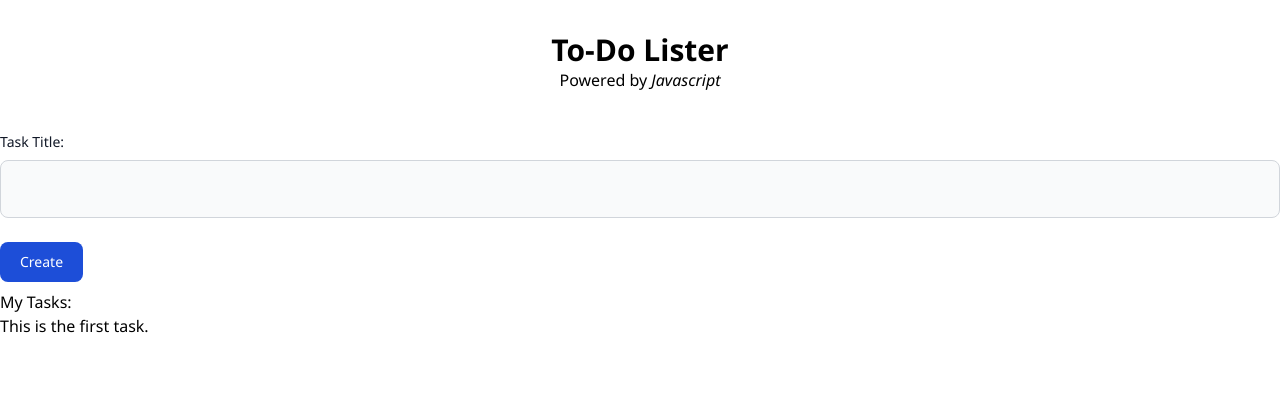
Repository: vxyux/to-do-lister
Page: index.html
An editor plug-in stored every save of this project. The page is shown before and after a run of saves, followed by the edit.
The browser window is 1280 px wide. The pictures show the whole page.
Some web libraries are served in a nearby version.

Above is the page before, as saved 2023-09-04 15:33:41.

### index.html
<!DOCTYPE html>
<html lang="en">
<head>
  <meta charset="UTF-8">
  <meta name="viewport" content="width=device-width, initial-scale=1.0">
  <title>Javascript To-Do Lister</title>
  <link rel="stylesheet" href="stylesheet.css">
  <script src="app.js"></script>
  <script src="https://cdn.tailwindcss.com"></script>
</head>
<body>

  <div class="container mx-auto">
    <div class="text-center mt-8">
      <h1 class="text-3xl font-bold">
        To-Do Lister
      </h1>
      <p>Powered by <i>Javascript</i></p>
    </div>

    <div class="inputFields mt-10">

      <div class="mb-6">
        <label for="userInput" class="block mb-2 text-sm font-medium text-gray-900 dark:text-white">
          Task Title:
        </label>
        <input type="text" id="userInput" class="block w-full p-4 text-gray-900 border border-gray-300 rounded-lg bg-gray-50 sm:text-md focus:ring-blue-500 focus:border-blue-500 dark:bg-gray-700 dark:border-gray-600 dark:placeholder-gray-400 dark:text-white dark:focus:ring-blue-500 dark:focus:border-blue-500">
      </div>
      <span onclick="newTask()">
        <button type="submit" class="text-white bg-blue-700 hover:bg-blue-800 focus:ring-4 focus:ring-blue-300 font-medium rounded-lg text-sm px-5 py-2.5 mr-2 mb-2 dark:bg-blue-600 dark:hover:bg-blue-700 focus:outline-none dark:focus:ring-blue-800">
          Create
        </button>
      </span>

    </div>

    <div class="class="mt-10" "></div>
    <h3>My Tasks:</h3>
    <ul id="to-dos">
      <li class="task_item">
        This is the first task.
      </li>
    </ul>

  </div>
</body>
</html>

### stylesheet.css
*
{
  font-family: 'Segoe UI', Tahoma, Geneva, Verdana, sans-serif;
}

.container {
  max-width: 500px;
}

### app.js
function newTask() {
  // get the data provided by the user from the input field
  var userInput = document.getElementById('userInput');

  // if provided input is empty
  if (userInput === '') {
    alert('You must type something in before submitting!');
  } else {
    // define tag that creates a new element under the tag 'li'
    var tag = document.createElement('li');

    // assign the userInput var with content
    var content = document.createTextNode(userInput.value);
    tag.appendChild(content); // make tag the content's parent

    // define the element tag with the to-dos list ul
    var element = document.getElementById('to-dos');

    // make element the tag's parent
    element.appendChild(tag);

    //document.getElementById('form').reset();
  }

  //console.log('The button has been clicked!');
  //alert(userInput);
}

After the next 8 saves:
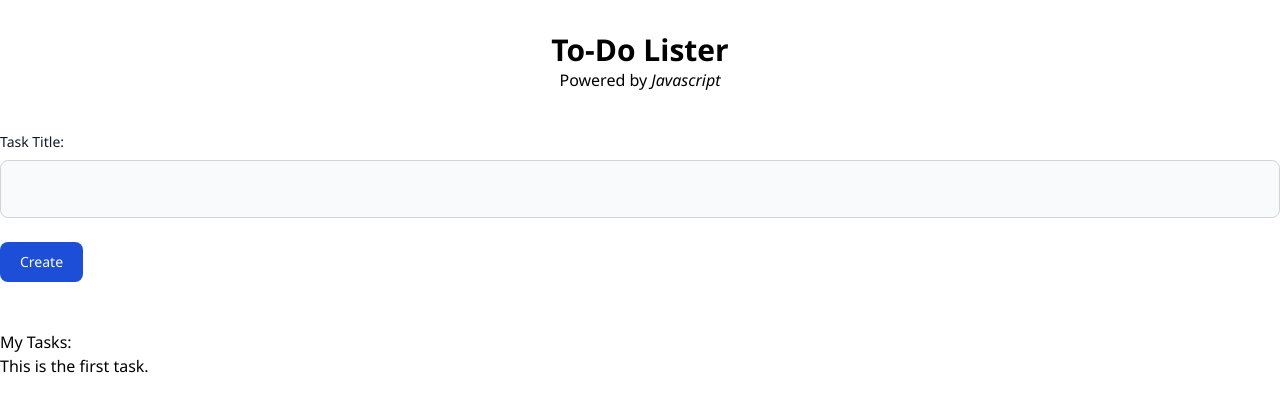
The 8 saves are shown as one change because they came seconds apart.
The last was saved 18 s later.
--- a/index.html
+++ b/index.html
@@ -34,13 +34,14 @@
 
     </div>
 
-    <div class="class="mt-10" "></div>
-    <h3>My Tasks:</h3>
-    <ul id="to-dos">
-      <li class="task_item">
-        This is the first task.
-      </li>
-    </ul>
+    <div class="mt-10">
+      <h3>My Tasks:</h3>
+      <ul id="to-dos">
+        <li class="task_item">
+          This is the first task.
+        </li>
+      </ul>
+    </div>
 
   </div>
 </body>
